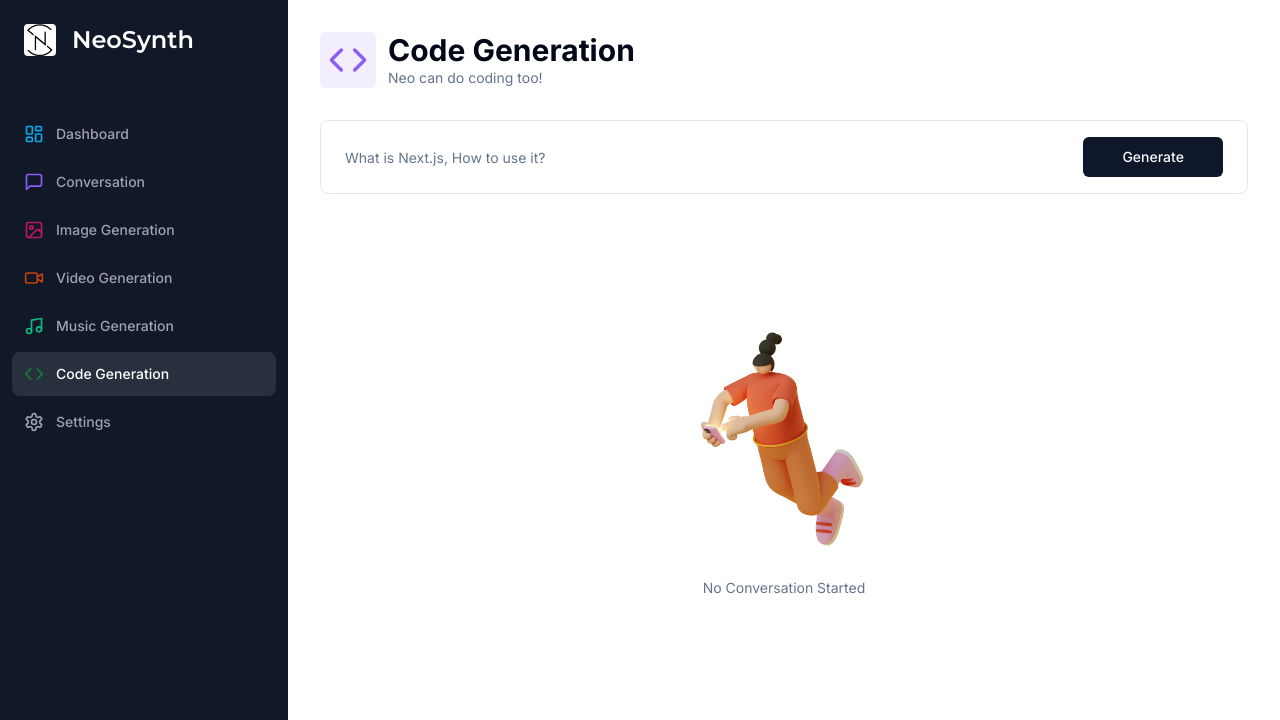
Repository: tathagat22/NeoSynth
Page: /code
The author's editor kept a copy of each file at every save. The page is drawn from the files as they stood at one save, then again after the next save.
The browser window is 1280 px wide. The pictures show the whole page.
The page's requests for data from a server got no answer. The project was rebuilt for these pictures with package versions that can differ from the ones it lists, and the page was loaded fresh each time. Some packages were replaced by stand-ins written for this rebuild. The framework's server and built-in components were replaced by stand-ins that run in the browser. No one was signed in, and anything a server would have sent is missing. Also part of the build but not shown: next.config.js, components/ui/label.tsx, components/loader.tsx, components/ui/avatar.tsx, components/user-avatar.tsx, components/bot-avatar.tsx.

Above is the page before, as saved 2023-08-29 17:43:47.

### app/layout.tsx
import "./globals.css";
import type { Metadata } from "next";
import { Inter } from "next/font/google";
import { ClerkProvider } from "@clerk/nextjs";

const inter = Inter({ subsets: ["latin"] });

export const metadata: Metadata = {
  title: "NeoSynth",
  description: "Neo is thinking for you behind the matrix",
};

export default function RootLayout({
  children,
}: {
  children: React.ReactNode;
}) {
  return (
    <ClerkProvider>
      <html lang="en">
        <body className={inter.className}>{children}</body>
      </html>
    </ClerkProvider>
  );
}

### app/(dashboard)/layout.tsx
import Navbar from "@/components/Navbar";
import Sidebar from "@/components/sidebar";

const DashboardLayout = ({ children }: { children: React.ReactNode }) => {
  return (
    <div className="h-full relative">
      <div className="hidden h-full md:flex md:w-72 md:flex-col md:fixed md:inset-y-0 z-[80] bg-gray-900">
        <Sidebar />
      </div>
      <main className="md:pl-72">
        <Navbar /> {children}
      </main>
    </div>
  );
};

export default DashboardLayout;

### app/(dashboard)/(routes)/code/page.tsx
"use client";

import * as z from "zod";
import { Heading } from "@/components/heading";
import { Code, MessageSquare } from "lucide-react";
import { useForm } from "react-hook-form";
import { formSchema } from "./constants";
import { zodResolver } from "@hookform/resolvers/zod";
import { Form, FormControl, FormField, FormItem } from "@/components/ui/form";
import { Input } from "@/components/ui/input";
import { Button } from "@/components/ui/button";
import axios from "axios";
import { useRouter } from "next/navigation";
import { useState } from "react";
import OpenAI from "openai";
import { Empty } from "@/components/empty";
import { Loader } from "@/components/loader";
import { cn } from "@/lib/utils";
import { UserAvatar } from "@/components/user-avatar";
import { BotAvatar } from "@/components/bot-avatar";
const CodePage = () => {
  const router = useRouter();
  const [messages, setMessages] = useState<
    OpenAI.Chat.Completions.CreateChatCompletionRequestMessage[]
  >([]);
  const form = useForm<z.infer<typeof formSchema>>({
    resolver: zodResolver(formSchema),
    defaultValues: {
      prompt: "",
    },
  });

  const isLoading = form.formState.isSubmitting;
  const onSubmit = async (values: z.infer<typeof formSchema>) => {
    try {
      const userMessage: OpenAI.Chat.Completions.CreateChatCompletionRequestMessage =
        {
          role: "user",
          content: values.prompt,
        };
      const newMessages = [...messages, userMessage];

      const response = await axios.post("/api/conversation", {
        messages: newMessages,
      });

      setMessages((current) => [...current, userMessage, response.data]);
      form.reset();
    } catch (error: any) {
      console.log(error);
    } finally {
      router.refresh();
    }
  };
  return (
    <div>
      <Heading
        title="Code Generation"
        description="Neo can do coding too!"
        icon={Code}
        iconColor="text-violet-500"
        bgColor="bg-violet-500/10"
      />
      <div className="px-4 lg:px-8">
        <div>
          <Form {...form}>
            <form
              onSubmit={form.handleSubmit(onSubmit)}
              className="rounded-lg border w-full p-4 px-3 md:px-6 focus-within:shadow-sm grid grid-cols-12 gap-2"
            >
              <FormField
                name="prompt"
                render={({ field }) => (
                  <FormItem className="col-span-12 lg:col-span-10">
                    <FormControl className="m-0 p-0">
                      <Input
                        className="border-0 outline-none focus-visible:ring-0 focus-visible:ring-transparent"
                        disabled={isLoading}
                        placeholder="What is Next.js, How to use it?"
                        {...field}
                      />
                    </FormControl>
                  </FormItem>
                )}
              />
              <Button
                className="col-span-12 lg:col-span-2 w-full"
                disabled={isLoading}
              >
                Generate
              </Button>
            </form>
          </Form>
        </div>
        <div className="space-y-4 mt-4">
          {isLoading && (
            <div className="p-8 rounded-lg w-full flex items-center justify-center bg-muted">
              <Loader />
            </div>
          )}
          {messages.length === 0 && !isLoading && (
            <Empty label="No Conversation Started" />
          )}
          <div className="flex flex-col-reverse gap-y-4">
            {messages.map((message) => (
              <div
                key={message.content}
                className={cn(
                  "p-8 w-full flex items-start gap-x-8 rounded-lg",
                  message.role === "user"
                    ? "bg-white border border-black/10"
                    : "bg-muted"
                )}
              >
                {message.role === "user" ? <UserAvatar /> : <BotAvatar />}
                <p className="text-sm">{message.content}</p>
              </div>
            ))}
          </div>
        </div>
      </div>
    </div>
  );
};

export default CodePage;

### app/globals.css
@tailwind base;
@tailwind components;
@tailwind utilities;

html, body, :root {
  height: 100%;
}
@layer base {
  :root {
    --background: 0 0% 100%;
    --foreground: 222.2 84% 4.9%;

    --card: 0 0% 100%;
    --card-foreground: 222.2 84% 4.9%;

    --popover: 0 0% 100%;
    --popover-foreground: 222.2 84% 4.9%;

    --primary: 222.2 47.4% 11.2%;
    --primary-foreground: 210 40% 98%;

    --secondary: 210 40% 96.1%;
    --secondary-foreground: 222.2 47.4% 11.2%;

    --muted: 210 40% 96.1%;
    --muted-foreground: 215.4 16.3% 46.9%;

    --accent: 210 40% 96.1%;
    --accent-foreground: 222.2 47.4% 11.2%;

    --destructive: 0 84.2% 60.2%;
    --destructive-foreground: 210 40% 98%;

    --border: 214.3 31.8% 91.4%;
    --input: 214.3 31.8% 91.4%;
    --ring: 222.2 84% 4.9%;

    --radius: 0.5rem;
  }

  .dark {
    --background: 222.2 84% 4.9%;
    --foreground: 210 40% 98%;

    --card: 222.2 84% 4.9%;
    --card-foreground: 210 40% 98%;

    --popover: 222.2 84% 4.9%;
    --popover-foreground: 210 40% 98%;

    --primary: 210 40% 98%;
    --primary-foreground: 222.2 47.4% 11.2%;

    --secondary: 217.2 32.6% 17.5%;
    --secondary-foreground: 210 40% 98%;

    --muted: 217.2 32.6% 17.5%;
    --muted-foreground: 215 20.2% 65.1%;

    --accent: 217.2 32.6% 17.5%;
    --accent-foreground: 210 40% 98%;

    --destructive: 0 62.8% 30.6%;
    --destructive-foreground: 210 40% 98%;

    --border: 217.2 32.6% 17.5%;
    --input: 217.2 32.6% 17.5%;
    --ring: 212.7 26.8% 83.9%;
  }
}

@layer base {
  * {
    @apply border-border;
  }
  body {
    @apply bg-background text-foreground;
  }
}

### components/Navbar.tsx

import { UserButton } from "@clerk/nextjs";
import MobileSidebar from "./mobile-sidebar";

const Navbar = () => {
    return (
        <div className="flex items-center p-4">
            <MobileSidebar />
            <div className="flex w-full justify-end">
                <UserButton afterSignOutUrl="/"/>
            </div>
        </div>
     );
}

export default Navbar;

### components/sidebar.tsx
"use client";

import { cn } from "@/lib/utils";
import { Montserrat } from "next/font/google";
import Image from "next/image";
import Link from "next/link";
import { usePathname } from "next/navigation";
import {
  LayoutDashboard,
  MessageSquare,
  ImageIcon,
  VideoIcon,
  Music,
  Code,
  Settings,
} from "lucide-react";
const montserrat = Montserrat({ weight: "600", subsets: ["latin"] });
const routes = [
  {
    label: "Dashboard",
    icon: LayoutDashboard,
    href: "/dashboard",
    color: "text-sky-500",
  },
  {
    label: "Conversation",
    icon: MessageSquare,
    href: "/conversation",
    color: "text-violet-500",
  },
  {
    label: "Image Generation",
    icon: ImageIcon,
    href: "/image",
    color: "text-pink-700",
  },
  {
    label: "Video Generation",
    icon: VideoIcon,
    href: "/video",
    color: "text-orange-700",
  },
  {
    label: "Music Generation",
    icon: Music,
    href: "/music",
    color: "text-emerald-500",
  },
  {
    label: "Code Generation",
    icon: Code,
    href: "/code",
    color: "text-green-700",
  },
  {
    label: "Settings",
    icon: Settings,
    href: "/settings",
  },
];
const Sidebar = () => {
  const pathname = usePathname();
  return (
    <div className="space-y-4 py-4 flex flex-col h-full bg-[#111827] text-white">
      <div className="px-3 py-2 flex-1">
        <Link href="/dashboard" className="flex items-center pl-3 mb-14">
          <div className="relative w-8 h-8 mr-4 rounded">
            <Image className="rounded" fill alt="Logo" src="/logo.png" />
          </div>
          <h1 className={cn("text-2xl font-bold", montserrat.className)}>
            NeoSynth
          </h1>
        </Link>
        <div className="space-y-1">
          {routes.map((route) => (
            <Link
              href={route.href}
              key={route.href}
              className={cn(
                "text-sm group flex p-3 w-full justify-start font-medium cursor-pointer hover:text-white hover:bg-white/10 rounded-lg transition", pathname == route.href ? "text-white bg-white/10" : "text-zinc-400"
              )}
            >
              <div className="flex items-center flex-1">
                <route.icon className={cn("h-5 w-5 mr-3", route.color)} />{" "}
                {route.label}
              </div>
            </Link>
          ))}
        </div>
      </div>
    </div>
  );
};

export default Sidebar;

### components/heading.tsx
import { cn } from "@/lib/utils";
import { LucideIcon } from "lucide-react";

interface HeadingProps {
  title: string;
  description: string;
  icon: LucideIcon;
  iconColor?: string;
  bgColor?: string;
}

export const Heading = ({
  title,
  description,
  icon: Icon,
  iconColor,
  bgColor,
}: HeadingProps) => {
  return (
    <div className="px-4 lg:px-8 flex items-center gap-x-3 mb-8">
      <div className={cn("p-2 w-fit rounded-md", bgColor)}>
        <Icon className={cn("w-10 h-10", iconColor)} />
      </div>
      <div>
        <h2 className="text-3xl font-bold">{title}</h2>
        <p className="text-sm text-muted-foreground">{description}</p>
      </div>
    </div>
  );
};

### app/(dashboard)/(routes)/code/constants.ts
import * as z from "zod";

export const formSchema = z.object({
  prompt: z.string().min(1, { message: "Prompt is required" }),
});

### components/ui/form.tsx
import * as React from "react"
import * as LabelPrimitive from "@radix-ui/react-label"
import { Slot } from "@radix-ui/react-slot"
import {
  Controller,
  ControllerProps,
  FieldPath,
  FieldValues,
  FormProvider,
  useFormContext,
} from "react-hook-form"

import { cn } from "@/lib/utils"
import { Label } from "@/components/ui/label"

const Form = FormProvider

type FormFieldContextValue<
  TFieldValues extends FieldValues = FieldValues,
  TName extends FieldPath<TFieldValues> = FieldPath<TFieldValues>
> = {
  name: TName
}

const FormFieldContext = React.createContext<FormFieldContextValue>(
  {} as FormFieldContextValue
)

const FormField = <
  TFieldValues extends FieldValues = FieldValues,
  TName extends FieldPath<TFieldValues> = FieldPath<TFieldValues>
>({
  ...props
}: ControllerProps<TFieldValues, TName>) => {
  return (
    <FormFieldContext.Provider value={{ name: props.name }}>
      <Controller {...props} />
    </FormFieldContext.Provider>
  )
}

const useFormField = () => {
  const fieldContext = React.useContext(FormFieldContext)
  const itemContext = React.useContext(FormItemContext)
  const { getFieldState, formState } = useFormContext()

  const fieldState = getFieldState(fieldContext.name, formState)

  if (!fieldContext) {
    throw new Error("useFormField should be used within <FormField>")
  }

  const { id } = itemContext

  return {
    id,
    name: fieldContext.name,
    formItemId: `${id}-form-item`,
    formDescriptionId: `${id}-form-item-description`,
    formMessageId: `${id}-form-item-message`,
    ...fieldState,
  }
}

type FormItemContextValue = {
  id: string
}

const FormItemContext = React.createContext<FormItemContextValue>(
  {} as FormItemContextValue
)

const FormItem = React.forwardRef<
  HTMLDivElement,
  React.HTMLAttributes<HTMLDivElement>
>(({ className, ...props }, ref) => {
  const id = React.useId()

  return (
    <FormItemContext.Provider value={{ id }}>
      <div ref={ref} className={cn("space-y-2", className)} {...props} />
    </FormItemContext.Provider>
  )
})
FormItem.displayName = "FormItem"

const FormLabel = React.forwardRef<
  React.ElementRef<typeof LabelPrimitive.Root>,
  React.ComponentPropsWithoutRef<typeof LabelPrimitive.Root>
>(({ className, ...props }, ref) => {
  const { error, formItemId } = useFormField()

  return (
    <Label
      ref={ref}
      className={cn(error && "text-destructive", className)}
      htmlFor={formItemId}
      {...props}
    />
  )
})
FormLabel.displayName = "FormLabel"

const FormControl = React.forwardRef<
  React.ElementRef<typeof Slot>,
  React.ComponentPropsWithoutRef<typeof Slot>
>(({ ...props }, ref) => {
  const { error, formItemId, formDescriptionId, formMessageId } = useFormField()

  return (
    <Slot
      ref={ref}
      id={formItemId}
      aria-describedby={
        !error
          ? `${formDescriptionId}`
          : `${formDescriptionId} ${formMessageId}`
      }
      aria-invalid={!!error}
      {...props}
    />
  )
})
FormControl.displayName = "FormControl"

const FormDescription = React.forwardRef<
  HTMLParagraphElement,
  React.HTMLAttributes<HTMLParagraphElement>
>(({ className, ...props }, ref) => {
  const { formDescriptionId } = useFormField()

  return (
    <p
      ref={ref}
      id={formDescriptionId}
      className={cn("text-sm text-muted-foreground", className)}
      {...props}
    />
  )
})
FormDescription.displayName = "FormDescription"

const FormMessage = React.forwardRef<
  HTMLParagraphElement,
  React.HTMLAttributes<HTMLParagraphElement>
>(({ className, children, ...props }, ref) => {
  const { error, formMessageId } = useFormField()
  const body = error ? String(error?.message) : children

  if (!body) {
    return null
  }

  return (
    <p
      ref={ref}
      id={formMessageId}
      className={cn("text-sm font-medium text-destructive", className)}
      {...props}
    >
      {body}
    </p>
  )
})
FormMessage.displayName = "FormMessage"

export {
  useFormField,
  Form,
  FormItem,
  FormLabel,
  FormControl,
  FormDescription,
  FormMessage,
  FormField,
}

### components/ui/input.tsx
import * as React from "react"

import { cn } from "@/lib/utils"

export interface InputProps
  extends React.InputHTMLAttributes<HTMLInputElement> {}

const Input = React.forwardRef<HTMLInputElement, InputProps>(
  ({ className, type, ...props }, ref) => {
    return (
      <input
        type={type}
        className={cn(
          "flex h-10 w-full rounded-md border border-input bg-background px-3 py-2 text-sm ring-offset-background file:border-0 file:bg-transparent file:text-sm file:font-medium placeholder:text-muted-foreground focus-visible:outline-none focus-visible:ring-2 focus-visible:ring-ring focus-visible:ring-offset-2 disabled:cursor-not-allowed disabled:opacity-50",
          className
        )}
        ref={ref}
        {...props}
      />
    )
  }
)
Input.displayName = "Input"

export { Input }

### components/ui/button.tsx
import * as React from "react"
import { Slot } from "@radix-ui/react-slot"
import { cva, type VariantProps } from "class-variance-authority"

import { cn } from "@/lib/utils"

const buttonVariants = cva(
  "inline-flex items-center justify-center rounded-md text-sm font-medium ring-offset-background transition-colors focus-visible:outline-none focus-visible:ring-2 focus-visible:ring-ring focus-visible:ring-offset-2 disabled:pointer-events-none disabled:opacity-50",
  {
    variants: {
      variant: {
        default: "bg-primary text-primary-foreground hover:bg-primary/90",
        destructive:
          "bg-destructive text-destructive-foreground hover:bg-destructive/90",
        outline:
          "border border-input bg-background hover:bg-accent hover:text-accent-foreground",
        secondary:
          "bg-secondary text-secondary-foreground hover:bg-secondary/80",
        ghost: "hover:bg-accent hover:text-accent-foreground",
        link: "text-primary underline-offset-4 hover:underline",
      },
      size: {
        default: "h-10 px-4 py-2",
        sm: "h-9 rounded-md px-3",
        lg: "h-11 rounded-md px-8",
        icon: "h-10 w-10",
      },
    },
    defaultVariants: {
      variant: "default",
      size: "default",
    },
  }
)

export interface ButtonProps
  extends React.ButtonHTMLAttributes<HTMLButtonElement>,
    VariantProps<typeof buttonVariants> {
  asChild?: boolean
}

const Button = React.forwardRef<HTMLButtonElement, ButtonProps>(
  ({ className, variant, size, asChild = false, ...props }, ref) => {
    const Comp = asChild ? Slot : "button"
    return (
      <Comp
        className={cn(buttonVariants({ variant, size, className }))}
        ref={ref}
        {...props}
      />
    )
  }
)
Button.displayName = "Button"

export { Button, buttonVariants }

### components/empty.tsx
import Image from "next/image";

interface EmptyProps {
  label: string;
}

export const Empty = ({ label }: EmptyProps) => {
  return (
    <div className="h-full p-20 flex flex-col items-center justify-center">
      <div className="relative h-72 w-72">
        <Image src="/empty.png" fill alt="Empty" />
      </div>
      <p className="text-muted-foreground text-sm text-center">{label}</p>
    </div>
  );
};

### components/mobile-sidebar.tsx
"use client";

import { Button } from "./ui/button";
import { Menu } from "lucide-react";
import { Sheet, SheetContent, SheetTrigger } from "./ui/sheet";
import Sidebar from "./sidebar";
import { useEffect, useState } from "react";
const MobileSidebar = () => {
  //Hydration Error Fix
  const [isMounted, setIsMounted] = useState(false);

  useEffect(() => {
    setIsMounted(true);
  }, []);
  if (!isMounted) return null;
  //Hydration Error Fix Ends Here
  return (
    <Sheet>
      <SheetTrigger>
        <Button variant="ghost" size="icon" className="md:hidden">
          <Menu />
        </Button>
      </SheetTrigger>
      <SheetContent side="left" className="p-0">
        <Sidebar />
      </SheetContent>
    </Sheet>
  );
};

export default MobileSidebar;

### components/ui/sheet.tsx
"use client"

import * as React from "react"
import * as SheetPrimitive from "@radix-ui/react-dialog"
import { cva, type VariantProps } from "class-variance-authority"
import { X } from "lucide-react"

import { cn } from "@/lib/utils"

const Sheet = SheetPrimitive.Root

const SheetTrigger = SheetPrimitive.Trigger

const SheetClose = SheetPrimitive.Close

const SheetPortal = ({
  className,
  ...props
}: SheetPrimitive.DialogPortalProps) => (
  <SheetPrimitive.Portal className={cn(className)} {...props} />
)
SheetPortal.displayName = SheetPrimitive.Portal.displayName

const SheetOverlay = React.forwardRef<
  React.ElementRef<typeof SheetPrimitive.Overlay>,
  React.ComponentPropsWithoutRef<typeof SheetPrimitive.Overlay>
>(({ className, ...props }, ref) => (
  <SheetPrimitive.Overlay
    className={cn(
      "fixed inset-0 z-50 bg-background/80 backdrop-blur-sm data-[state=open]:animate-in data-[state=closed]:animate-out data-[state=closed]:fade-out-0 data-[state=open]:fade-in-0",
      className
    )}
    {...props}
    ref={ref}
  />
))
SheetOverlay.displayName = SheetPrimitive.Overlay.displayName

const sheetVariants = cva(
  "fixed z-50 gap-4 bg-background p-6 shadow-lg transition ease-in-out data-[state=open]:animate-in data-[state=closed]:animate-out data-[state=closed]:duration-300 data-[state=open]:duration-500",
  {
    variants: {
      side: {
        top: "inset-x-0 top-0 border-b data-[state=closed]:slide-out-to-top data-[state=open]:slide-in-from-top",
        bottom:
          "inset-x-0 bottom-0 border-t data-[state=closed]:slide-out-to-bottom data-[state=open]:slide-in-from-bottom",
        left: "inset-y-0 left-0 h-full w-3/4 border-r data-[state=closed]:slide-out-to-left data-[state=open]:slide-in-from-left sm:max-w-sm",
        right:
          "inset-y-0 right-0 h-full w-3/4  border-l data-[state=closed]:slide-out-to-right data-[state=open]:slide-in-from-right sm:max-w-sm",
      },
    },
    defaultVariants: {
      side: "right",
    },
  }
)

interface SheetContentProps
  extends React.ComponentPropsWithoutRef<typeof SheetPrimitive.Content>,
    VariantProps<typeof sheetVariants> {}

const SheetContent = React.forwardRef<
  React.ElementRef<typeof SheetPrimitive.Content>,
  SheetContentProps
>(({ side = "right", className, children, ...props }, ref) => (
  <SheetPortal>
    <SheetOverlay />
    <SheetPrimitive.Content
      ref={ref}
      className={cn(sheetVariants({ side }), className)}
      {...props}
    >
      {children}
      <SheetPrimitive.Close className="absolute right-4 top-4 rounded-sm opacity-70 ring-offset-background transition-opacity hover:opacity-100 focus:outline-none focus:ring-2 focus:ring-ring focus:ring-offset-2 disabled:pointer-events-none data-[state=open]:bg-secondary">
        <X className="h-4 w-4" />
        <span className="sr-only">Close</span>
      </SheetPrimitive.Close>
    </SheetPrimitive.Content>
  </SheetPortal>
))
SheetContent.displayName = SheetPrimitive.Content.displayName

const SheetHeader = ({
  className,
  ...props
}: React.HTMLAttributes<HTMLDivElement>) => (
  <div
    className={cn(
      "flex flex-col space-y-2 text-center sm:text-left",
      className
    )}
    {...props}
  />
)
SheetHeader.displayName = "SheetHeader"

const SheetFooter = ({
  className,
  ...props
}: React.HTMLAttributes<HTMLDivElement>) => (
  <div
    className={cn(
      "flex flex-col-reverse sm:flex-row sm:justify-end sm:space-x-2",
      className
    )}
    {...props}
  />
)
SheetFooter.displayName = "SheetFooter"

const SheetTitle = React.forwardRef<
  React.ElementRef<typeof SheetPrimitive.Title>,
  React.ComponentPropsWithoutRef<typeof SheetPrimitive.Title>
>(({ className, ...props }, ref) => (
  <SheetPrimitive.Title
    ref={ref}
    className={cn("text-lg font-semibold text-foreground", className)}
    {...props}
  />
))
SheetTitle.displayName = SheetPrimitive.Title.displayName

const SheetDescription = React.forwardRef<
  React.ElementRef<typeof SheetPrimitive.Description>,
  React.ComponentPropsWithoutRef<typeof SheetPrimitive.Description>
>(({ className, ...props }, ref) => (
  <SheetPrimitive.Description
    ref={ref}
    className={cn("text-sm text-muted-foreground", className)}
    {...props}
  />
))
SheetDescription.displayName = SheetPrimitive.Description.displayName

export {
  Sheet,
  SheetTrigger,
  SheetClose,
  SheetContent,
  SheetHeader,
  SheetFooter,
  SheetTitle,
  SheetDescription,
}

Loaded but not shown: lib/utils.ts (common file); tailwind.config.js (common file)

After the next save:
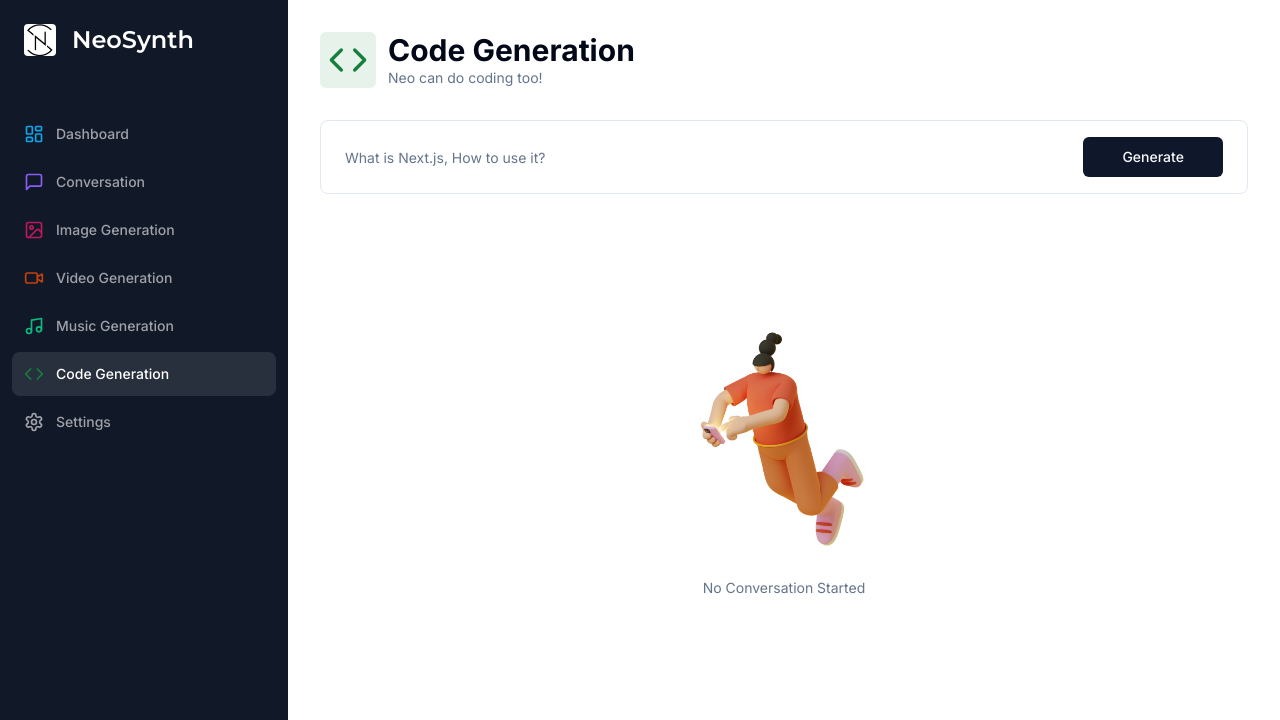
Saved 27 s later.
--- a/app/(dashboard)/(routes)/code/page.tsx
+++ b/app/(dashboard)/(routes)/code/page.tsx
@@ -2,7 +2,7 @@
 
 import * as z from "zod";
 import { Heading } from "@/components/heading";
-import { Code, MessageSquare } from "lucide-react";
+import { Code } from "lucide-react";
 import { useForm } from "react-hook-form";
 import { formSchema } from "./constants";
 import { zodResolver } from "@hookform/resolvers/zod";
@@ -58,8 +58,8 @@
         title="Code Generation"
         description="Neo can do coding too!"
         icon={Code}
-        iconColor="text-violet-500"
-        bgColor="bg-violet-500/10"
+        iconColor="text-green-700"
+        bgColor="bg-green-700/10"
       />
       <div className="px-4 lg:px-8">
         <div>
